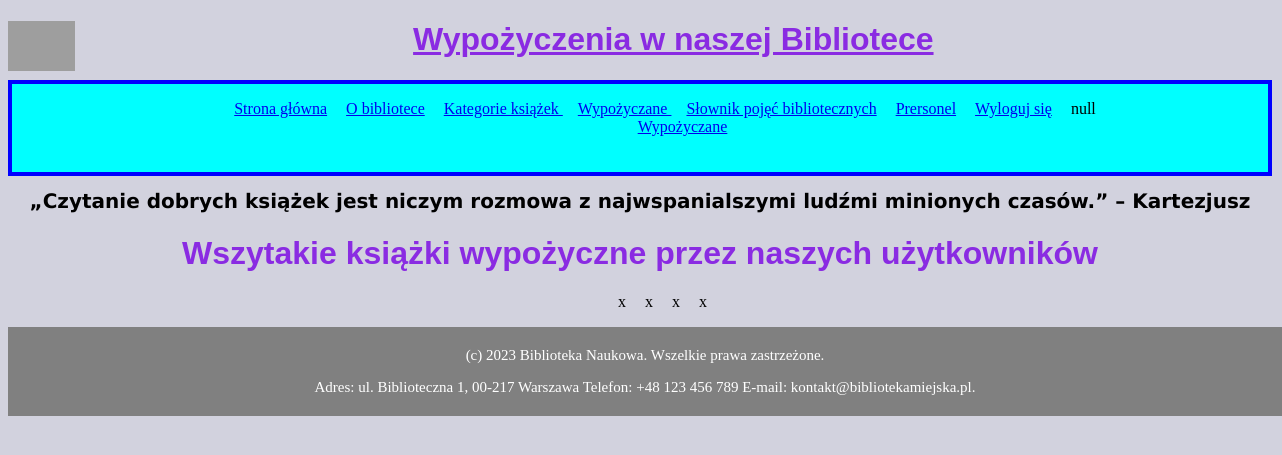
Repository: Dominik098/projekt
Page: http://localhost/biblioteka/D_Wypożyczenia.jsp
These files come from the project's save history. The page is drawn as it stood at one moment and after the next save; the edit follows.
The browser window is 1280 px wide. The page is 1282 px wide, so the pictures cover 1282 px, including what lies to the right of the window. The pictures show the whole page.
Pictures or frames that could not be fetched are drawn as grey boxes. The page is served by Tomcat 9. Other server files are loaded and not shown.

Above is the page before, as saved 2023-04-09 10:27:44.

### java projekt/biblioteka/src/main/webapp/D_Wypożyczenia.jsp
<%@ page language="java" contentType="text/html; charset=UTF-8"%>
<!DOCTYPE html>
<html lang="en">

<head>
    <meta charset="UTF-8">
    <meta http-equiv="X-UA-Compatible" content="IE=edge">
    <meta name="viewport" content="width=device-width, initial-scale=1.0">
    <link rel="stylesheet" href="D_wypozyczenia.css">
    <title>Wypożyczenia</title>
    <link rel="icon" type="image/png" href="3.png" sizes="96x96" />
</head>

<body>
    <tr>
        <td align="center"><img src="logo.jpg" name="ksiazka" align="left" weight="90px" height="50px"></td>
    </tr>
    <h1>
        <center><u>Wypożyczenia w naszej Bibliotece </u></center>
    </h1>
    <header>
        <nav>
            <ul>
                <li><a href="A_strona-gl.jsp">Strona główna</a></li>
                <li><a href="B_O bibiotece.jsp">O bibliotece</a></li>
                <li><a href="C_Kategorie książek.jsp">Kategorie książek </a></li>
                <li><a href="D_Wypożyczenia.jsp">Wypożyczane </a></li>
                <li><a href="E_Słownik pojęć.jsp">Słownik pojęć bibliotecznych</a></li>
                <li><a href="F_personel.jsp">Prersonel</a></li>
               <!-- <li><a href="G_login.jsp">Logowanie</a></li>
                <li><a href="H_rejestracja.jsp">Rejestracja</a></li>-->
                <li><a href= "logout">Wyloguj się</a></li>
                <li><a > <%=session.getAttribute("email-login") %> </a>
                <ul>

                	<li><a href="D_Wypożyczenia.jsp">Wypożyczane </a></li>
                </ul>
                </li>
            </ul>


        </nav>

    </header>

<h1 id="cytat">„Czytanie dobrych książek jest niczym rozmowa z najwspanialszymi ludźmi minionych czasów.” – Kartezjusz</h1>
<h1>Wszytakie książki wypożyczne przez naszych użytkowników </h1>



<ul>
    <li>x</li>
    <li>x</li>
    <li>x</li>
    <li>x</li>
</ul>

<footer>
    <p>(c) 2023 Biblioteka Naukowa. Wszelkie prawa zastrzeżone.</p>
    <p>Adres: ul. Biblioteczna 1, 00-217 Warszawa Telefon: +48 123 456 789  E-mail: kontakt@bibliotekamiejska.pl.</p>

</footer>



</body>

</html>

### java projekt/biblioteka/src/main/webapp/D_wypozyczenia.css
body {
    background-color: rgb(210, 210, 222);

}

header {
    border: 4px;
    background-color: aqua;
    border: 4px solid blue;
    padding-bottom: 2px;
}
#cytat{
    font-family: Verdana;
    font-size: 20px;
    color: black;
    padding: auto;
}

main {
    padding: 3px;
    background-color: blueviolet;
}

h1 {
    text-align: center;
    color: blueviolet;
    font-family: Arial;
}

h3 {
    text-align: left;
    margin-left: 17px;
    color: blueviolet;
    font-family: Arial;
    font-size: 20px;

}


.nav {
    text-align: center;
    padding: 10px;
}

ul li {
    display: inline;
    margin-left: 5px;
    padding: 5px;

}

ul {
    text-align: center;
}

a {
    padding-top: 5px;
    padding-bottom: 5px;
}

a:hover {
    background-color: white;
}


#baza-danych {
    text-align: center;
    font-size: 20px;
}

footer {
    text-align: center;
    font-size: 15px;
    color: white;
    background-color: gray;


    bottom: 0;
    margin-top: auto;
    width: 100%;
    padding: 5px;
}

ol > li > ul {
  display:none;
}

ol > li:hover > ul {
  display:block;
}

After the next save:
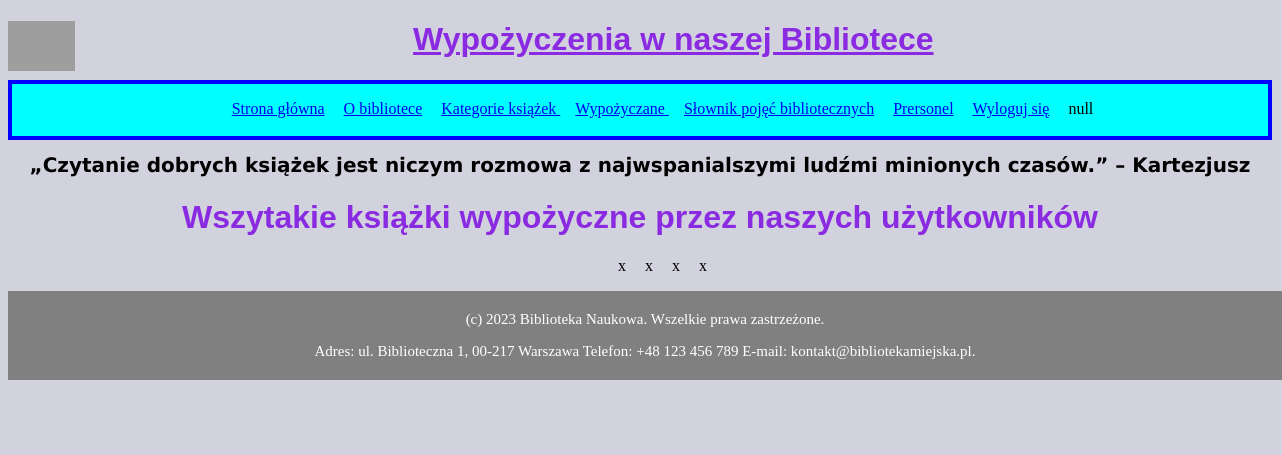
Saved 46 s later.
--- a/java projekt/biblioteka/src/main/webapp/D_Wypożyczenia.jsp
+++ b/java projekt/biblioteka/src/main/webapp/D_Wypożyczenia.jsp
@@ -30,13 +30,7 @@
                <!-- <li><a href="G_login.jsp">Logowanie</a></li>
                 <li><a href="H_rejestracja.jsp">Rejestracja</a></li>-->
                 <li><a href= "logout">Wyloguj się</a></li>
-                <li><a > <%=session.getAttribute("email-login") %> </a>
-                <ul>
-
-                	<li><a href="D_Wypożyczenia.jsp">Wypożyczane </a></li>
-                </ul>
-                </li>
-            </ul>
+                <li><a > <%=session.getAttribute("email-login") %> </a></li>
 
 
         </nav>
